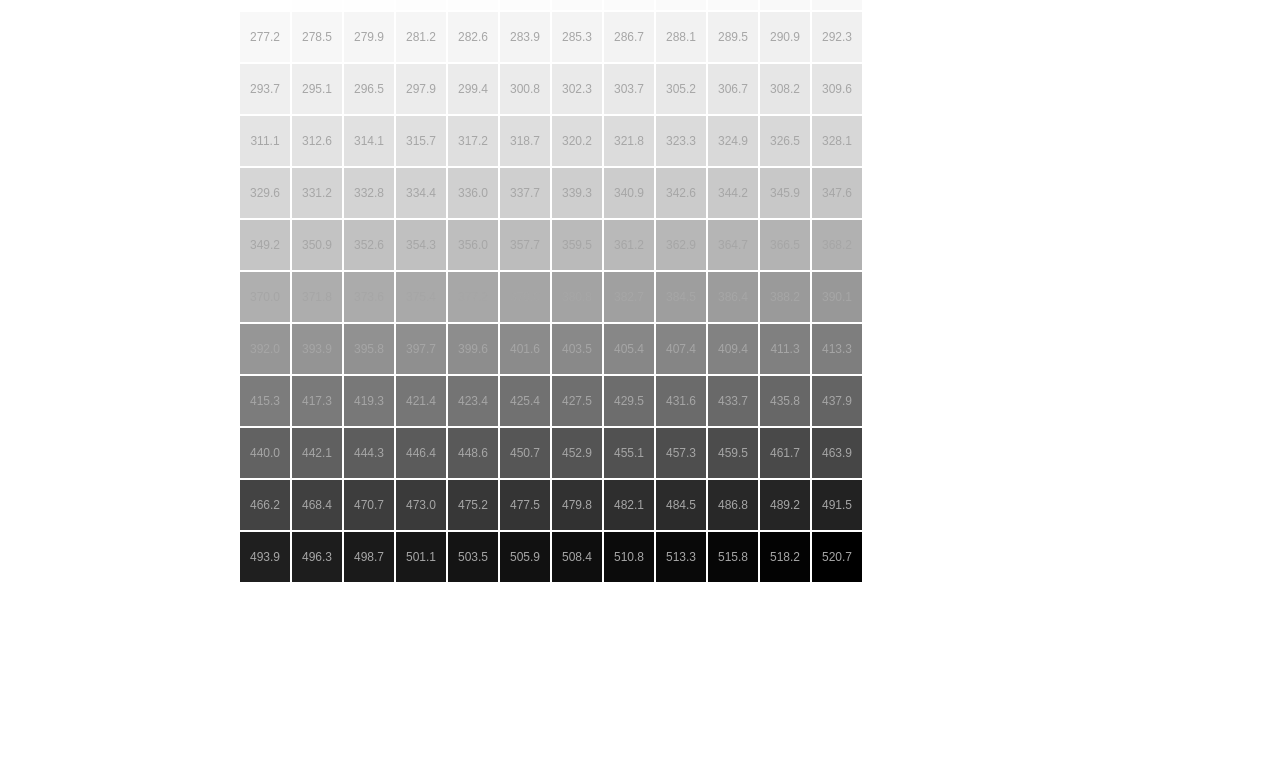
Repository: studiorichie/richielau.com
Page: assets/sound-to-color-microtone.html
These files come from the project's save history. The page is drawn as it stood at one moment and after the next save; the edit follows.
The browser window is 1280 px wide. The pictures show the whole page.

Above is the page before, as saved 2024-11-06 22:11:38.

After the next save:
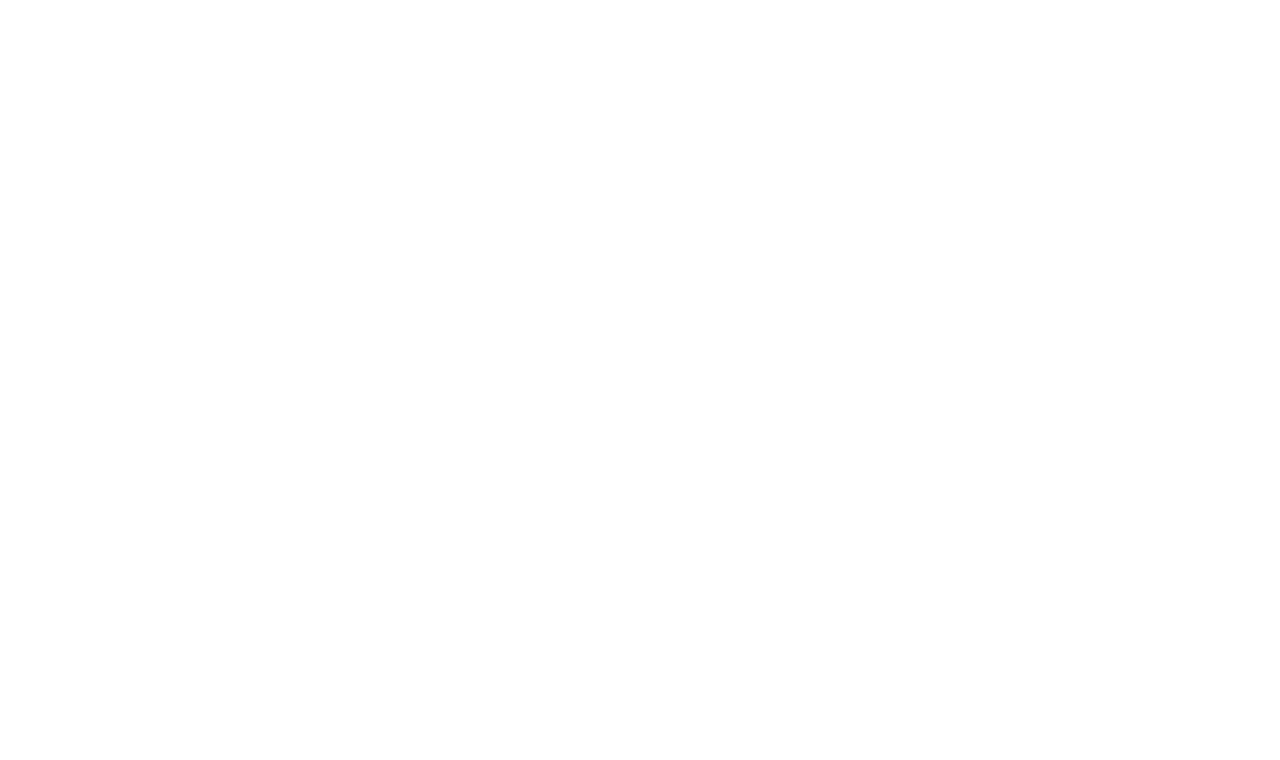
Console error: ReferenceError: rows is not defined
Saved 2 min 25 s later.
--- a/assets/sound-to-color-microtone.html
+++ b/assets/sound-to-color-microtone.html
@@ -48,10 +48,33 @@
         const factor = Math.pow(2, 1 / stepsPerOctave); // Factor for each step
 
         // Grid dimensions
-        const rows = 12;
-        const cols = 12;
-        const cellSize = 50; // Size of each cell
-        const padding = 2; // Space between cells
+        const minFreq = 100;  // Set this to the minimum frequency of your range
+        const maxFreq = 5000; // Set this to the maximum frequency of your range
+
+        const svg = d3.select("#chart");
+        const numRows = 12;
+        const numCols = 12;
+        const cellSize = 40;
+        const padding = 5;
+
+        // Generate grid with unique frequencies
+        svg.selectAll("rect")
+            .data(d3.range(numRows * numCols))
+            .enter()
+            .append("rect")
+            .attr("x", (d, i) => (i % numCols) * (cellSize + padding))
+            .attr("y", (d, i) => Math.floor(i / numCols) * (cellSize + padding))
+            .attr("width", cellSize)
+            .attr("height", cellSize)
+            .attr("fill", (d, i) => {
+                const freq = minFreq + (i / (numRows * numCols - 1)) * (maxFreq - minFreq);
+                return getColor(freq, minFreq, maxFreq);
+            })
+            .on("click", function (d, i) {
+                const freq = minFreq + (i / (numRows * numCols - 1)) * (maxFreq - minFreq);
+                playFrequency(freq);
+            });
+
 
         // Create an array to hold all frequencies
         const frequencies = [];
@@ -65,8 +88,7 @@
             .domain([frequencies[0], frequencies[frequencies.length - 1]])
             .interpolator(d3.interpolateGreys); // Use a grayscale color map for brightness
 
-        // Create SVG grid
-        const svg = d3.select("#grid");
+
 
         // Add cells to the grid
         svg.selectAll(".frequency-cell")

After the 3 saves that followed:
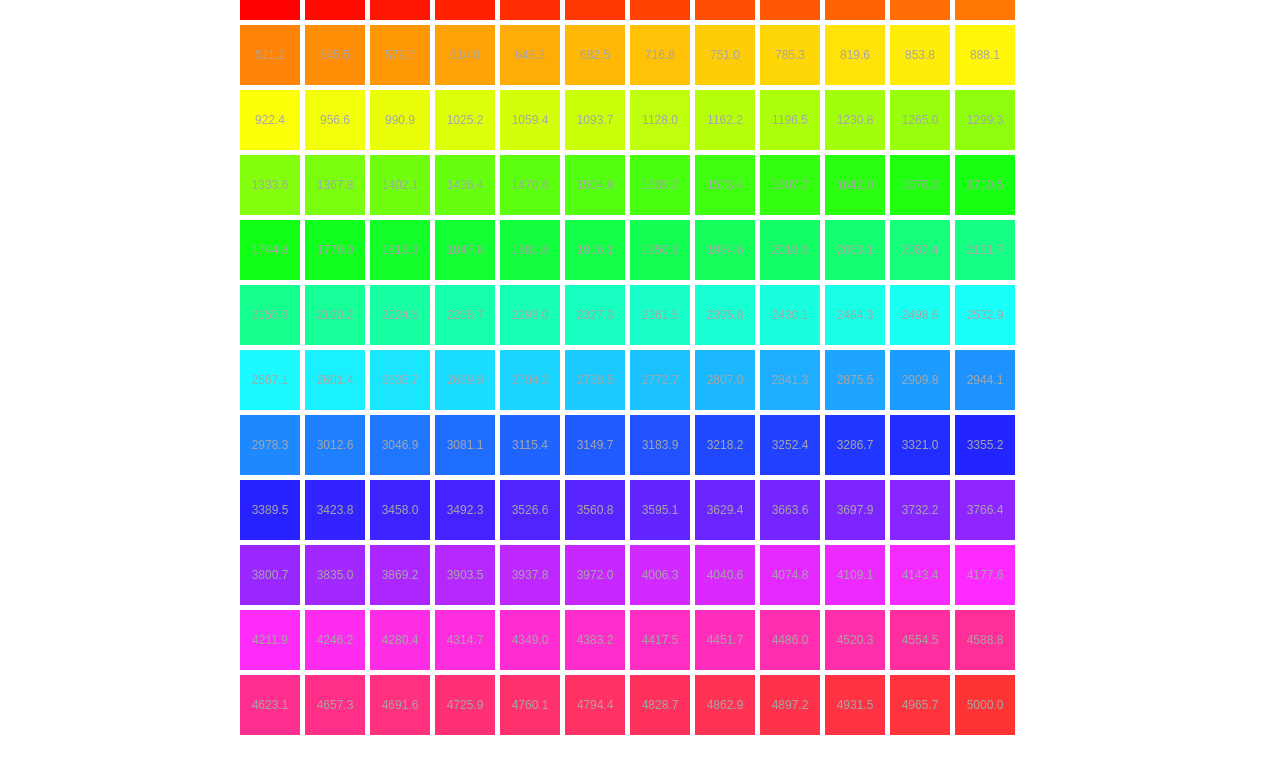
The error is gone.
The 3 saves are shown as one change because 2 left the picture as it was.
The last was saved 3 min 10 s later.
--- a/assets/sound-to-color-microtone.html
+++ b/assets/sound-to-color-microtone.html
@@ -31,9 +31,7 @@
             font-size: 12px;
             text-anchor: middle;
             user-select: none;
-            /* Prevents text selection */
             pointer-events: none;
-            /* Makes labels non-interactive to clicks */
         }
     </style>
 </head>
@@ -42,53 +40,26 @@
     <svg width="800" height="800" id="grid"></svg>
 
     <script>
-        // Base frequency for C4
-        const baseFreq = 261.63; // Frequency of C4 in Hz
-        const stepsPerOctave = 144; // Microtonal steps per octave
-        const factor = Math.pow(2, 1 / stepsPerOctave); // Factor for each step
-
-        // Grid dimensions
-        const minFreq = 100;  // Set this to the minimum frequency of your range
-        const maxFreq = 5000; // Set this to the maximum frequency of your range
-
-        const svg = d3.select("#chart");
+        // Constants for the grid
+        const minFreq = 100;  // Minimum frequency
+        const maxFreq = 5000; // Maximum frequency
         const numRows = 12;
         const numCols = 12;
-        const cellSize = 40;
+        const cellSize = 60;
         const padding = 5;
 
-        // Generate grid with unique frequencies
-        svg.selectAll("rect")
-            .data(d3.range(numRows * numCols))
-            .enter()
-            .append("rect")
-            .attr("x", (d, i) => (i % numCols) * (cellSize + padding))
-            .attr("y", (d, i) => Math.floor(i / numCols) * (cellSize + padding))
-            .attr("width", cellSize)
-            .attr("height", cellSize)
-            .attr("fill", (d, i) => {
-                const freq = minFreq + (i / (numRows * numCols - 1)) * (maxFreq - minFreq);
-                return getColor(freq, minFreq, maxFreq);
-            })
-            .on("click", function (d, i) {
-                const freq = minFreq + (i / (numRows * numCols - 1)) * (maxFreq - minFreq);
-                playFrequency(freq);
-            });
+        // Select the SVG container
+        const svg = d3.select("#grid");
 
-
-        // Create an array to hold all frequencies
-        const frequencies = [];
-        for (let i = 0; i < rows * cols; i++) {
-            const frequency = baseFreq * Math.pow(factor, i); // Calculate frequency
-            frequencies.push(frequency);
-        }
+        // Generate unique frequencies for each cell in the grid
+        const frequencies = d3.range(numRows * numCols).map(i => {
+            return minFreq + (i / (numRows * numCols - 1)) * (maxFreq - minFreq);
+        });
 
         // Define color scale based on frequency range
         const colorScale = d3.scaleSequential()
-            .domain([frequencies[0], frequencies[frequencies.length - 1]])
-            .interpolator(d3.interpolateGreys); // Use a grayscale color map for brightness
-
-
+            .domain([minFreq, maxFreq])
+            .interpolator(d3.interpolateRainbow); // Use a rainbow color map for varied hues
 
         // Add cells to the grid
         svg.selectAll(".frequency-cell")
@@ -96,11 +67,11 @@
             .enter()
             .append("rect")
             .attr("class", "frequency-cell")
-            .attr("x", (d, i) => (i % cols) * (cellSize + padding))
-            .attr("y", (d, i) => Math.floor(i / cols) * (cellSize + padding))
+            .attr("x", (d, i) => (i % numCols) * (cellSize + padding))
+            .attr("y", (d, i) => Math.floor(i / numCols) * (cellSize + padding))
             .attr("width", cellSize)
             .attr("height", cellSize)
-            .attr("fill", d => colorScale(d))
+            .attr("fill", d => getColor(d, minFreq, maxFreq))
             .on("click", function (event, freq) {
                 playTone(freq); // Play the tone on click
             });
@@ -111,10 +82,10 @@
             .enter()
             .append("text")
             .attr("class", "label")
-            .attr("x", (d, i) => (i % cols) * (cellSize + padding) + cellSize / 2)
-            .attr("y", (d, i) => Math.floor(i / cols) * (cellSize + padding) + cellSize / 2 + 4)
+            .attr("x", (d, i) => (i % numCols) * (cellSize + padding) + cellSize / 2)
+            .attr("y", (d, i) => Math.floor(i / numCols) * (cellSize + padding) + cellSize / 2 + 4)
             .text(d => d.toFixed(1)) // Round frequency for readability
-            .attr("fill", d => d > 400 ? "black" : "white"); // Adjust text color based on brightness
+            .attr("fill", d => d > 3000 ? "black" : "white"); // Adjust text color based on brightness
 
         // Function to play the tone for a given frequency
         function playTone(frequency) {
@@ -131,19 +102,17 @@
             oscillator.stop(context.currentTime + 0.5); // Play for half a second
         }
 
+        // Function to calculate color based on frequency
         function getColor(freq, minFreq, maxFreq) {
             // Map frequency to a hue on a scale from 0 to 360 degrees
             const hue = ((freq - minFreq) / (maxFreq - minFreq)) * 360;
 
             // Adjust lightness based on frequency for visual clarity
-            const lightness = 40 + ((freq - minFreq) / (maxFreq - minFreq)) * 20; // Lightness between 40-60%
+            const lightness = 50 + ((freq - minFreq) / (maxFreq - minFreq)) * 10; // Lightness between 50-60%
 
             // Return HSL color
             return `hsl(${hue}, 100%, ${lightness}%)`;
         }
-
-
-
     </script>
 </body>
 
